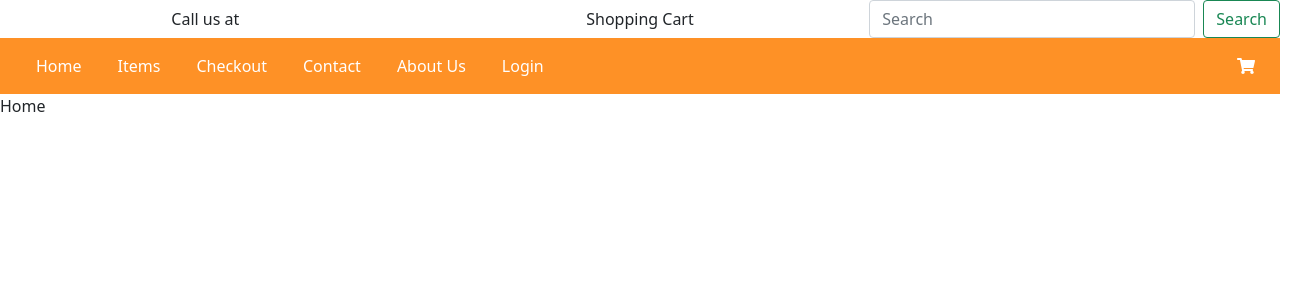
Repository: SaudCh/React-Ecommerce
Page: /
The author's editor kept a copy of each file at every save. The page is drawn from the files as they stood at one save, then again after the next save.
The browser window is 1280 px wide. The page is 1292 px wide, so the pictures cover 1292 px, including what lies to the right of the window. The pictures show the whole page.
The project was rebuilt for these pictures with package versions that can differ from the ones it lists, and the page was loaded fresh each time. Also part of the build but not shown: src/App.css.

Above is the page before, as saved 2021-12-05 12:39:13.

### src/App.js
import "./App.css";
import Header from "./Header/Header";
import "../node_modules/bootstrap/dist/css/bootstrap.min.css";
import "../node_modules/bootstrap/dist/js/bootstrap.bundle.min";
import { BrowserRouter, Switch, Route } from "react-router-dom";

function App() {
  return (
    <BrowserRouter>
      <Header />
      <Switch>
        <Route path="/" exact>
          <div>Home</div>
        </Route>
      </Switch>
    </BrowserRouter>
  );
}

export default App;

### src/Header/Header.jsx
import { faShoppingCart } from "@fortawesome/free-solid-svg-icons";
import { FontAwesomeIcon } from "@fortawesome/react-fontawesome";
import React from "react";
import { Link } from "react-router-dom";
import "./Header.css";

export default function Header() {
  return (
    <div>
      <nav className="cotainer-fluid">
        <div className="row align-items-center">
          <div className="col-12 col-md-4 text-center ">
            <p className="m-0 p-0">Call us at </p>
          </div>
          <div className="col-12 col-md-4 text-center">
            <p className="m-0">Shopping Cart</p>
          </div>
          <div className="col-12 col-md-4 text-center">
            <form class="d-flex">
              <input
                class="form-control me-2"
                type="search"
                placeholder="Search"
                aria-label="Search"
              />
              <button class="btn btn-outline-success" type="submit">
                Search
              </button>
            </form>
          </div>
        </div>
      </nav>
      <nav
        class="navbar navbar-expand-md navbar-dark"
        style={{ backgroundColor: "#fe9126" }}
      >
        <div class="container-fluid">
          <Link class="navbar-brand" href="#"></Link>

          <button
            class="navbar-toggler"
            type="button"
            data-bs-toggle="collapse"
            data-bs-target="#navbarSupportedContent"
            aria-controls="navbarSupportedContent"
            aria-expanded="false"
            aria-label="Toggle navigation"
          >
            <span class="navbar-toggler-icon"></span>
          </button>
          <div class="collapse navbar-collapse" id="navbarSupportedContent">
            <ul class="navbar-nav me-auto mb-2 mb-lg-0 nav-ul">
              <li class="nav-item">
                <Link class="nav-link  text-white" aria-current="page" to="#">
                  Home
                </Link>
              </li>
              <li class="nav-item">
                <Link class="nav-link  text-white" to="#">
                  Items
                </Link>
              </li>

              <li class="nav-item">
                <Link
                  class="nav-link text-white"
                  to="#"
                  tabindex="-1"
                  aria-disabled="true"
                >
                  Checkout
                </Link>
              </li>
              <li class="nav-item">
                <Link
                  class="nav-link text-white"
                  to="#"
                  tabindex="-1"
                  aria-disabled="true"
                >
                  Contact
                </Link>
              </li>
              <li class="nav-item">
                <Link
                  class="nav-link text-white"
                  to="#"
                  tabindex="-1"
                  aria-disabled="true"
                >
                  About Us
                </Link>
              </li>
              <li class="nav-item">
                <Link
                  class="nav-link text-white"
                  to="#"
                  tabindex="-1"
                  aria-disabled="true"
                >
                  Login
                </Link>
              </li>
            </ul>
            <button className="btn text-white">
              <FontAwesomeIcon icon={faShoppingCart} />
            </button>
          </div>
        </div>
      </nav>
    </div>
  );
}

### src/Header/Header.css
.nav-ul li {
  margin-right: 20px;
}

Loaded but not shown: public/index.html (common file); src/index.js (common file); src/reportWebVitals.js (common file)

After the next save:
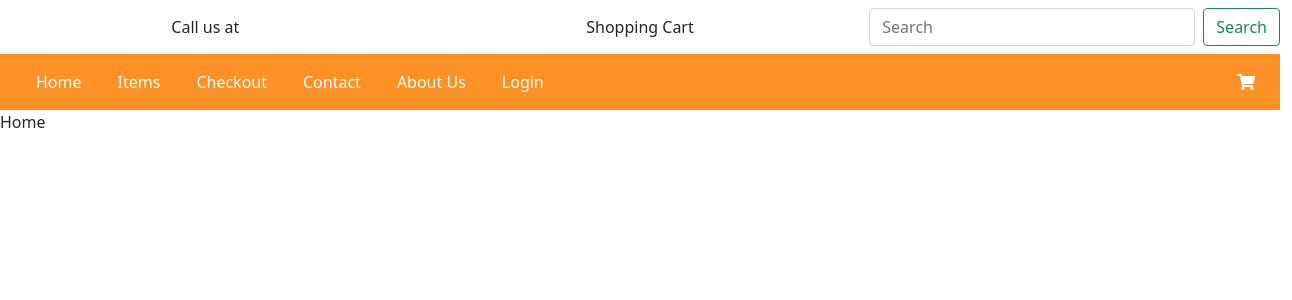
Saved 13 s later.
--- a/src/Header/Header.jsx
+++ b/src/Header/Header.jsx
@@ -7,7 +7,7 @@ import "./Header.css";
 export default function Header() {
   return (
     <div>
-      <nav className="cotainer-fluid">
+      <nav className="cotainer-fluid my-2">
         <div className="row align-items-center">
           <div className="col-12 col-md-4 text-center ">
             <p className="m-0 p-0">Call us at </p>
